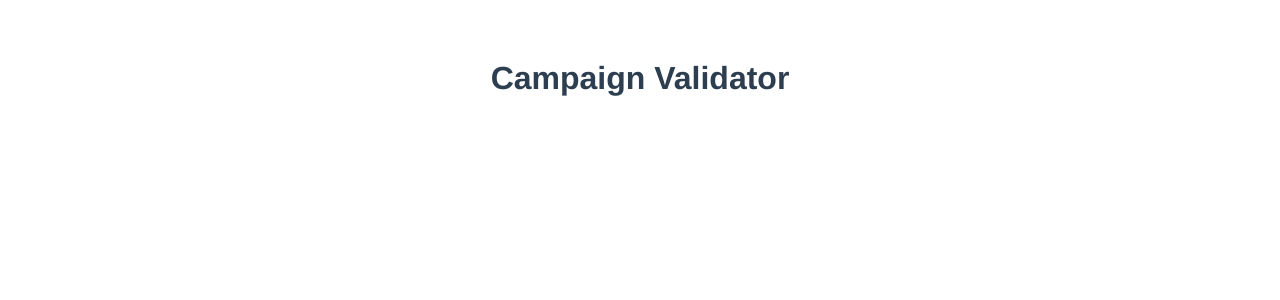
Repository: AbApin/project
Page: / (app in frontend/)
These files come from the project's save history. The page is drawn as it stood at one moment and after a run of saves; the edit follows.
The browser window is 1280 px wide. The pictures show the whole page.
The project was rebuilt for these pictures with package versions that can differ from the ones it lists, and the page was loaded fresh each time. Also part of the build but not shown: frontend/vue.config.js.

Above is the page before, as saved 2023-02-21 15:11:25.

After the next 5 saves:
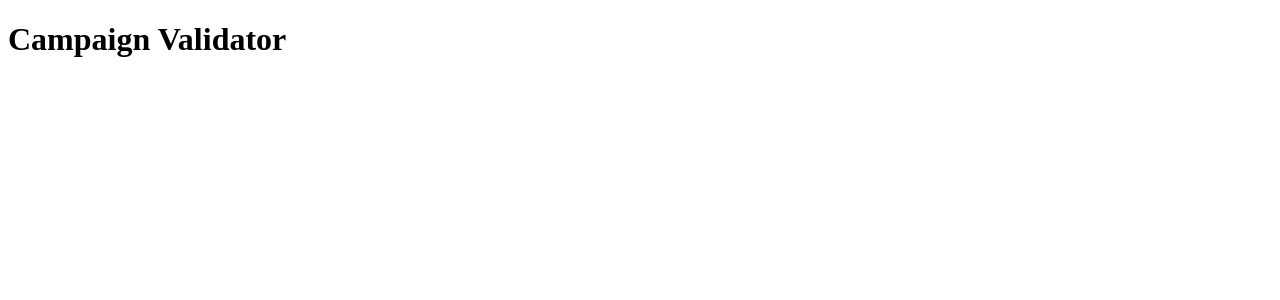
The 5 saves are shown as one change because they came seconds apart.
The last was saved 18 s later.
--- a/frontend/src/App.vue
+++ b/frontend/src/App.vue
@@ -13,11 +13,8 @@ export default {
 
 <style>
 #app {
-  font-family: Avenir, Helvetica, Arial, sans-serif;
-  -webkit-font-smoothing: antialiased;
-  -moz-osx-font-smoothing: grayscale;
-  text-align: center;
-  color: #2c3e50;
-  margin-top: 60px;
+  margin: 0;
+  padding: 0;
+  box-sizing: 0;
 }
 </style>
